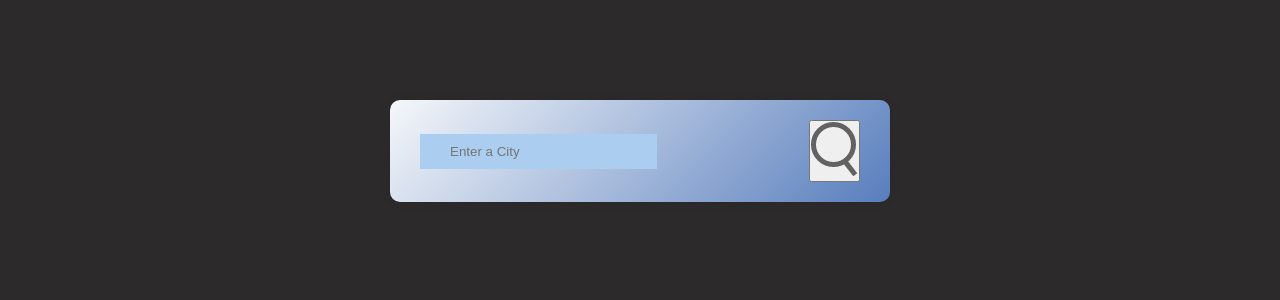
Repository: Haakim19/weatherApp
Page: index.html
These files come from the project's save history. The page is drawn as it stood at one moment and after the next save; the edit follows.
The browser window is 1280 px wide. The pictures show the whole page.

Above is the page before, as saved 2024-11-16 21:03:35.

After the next save:
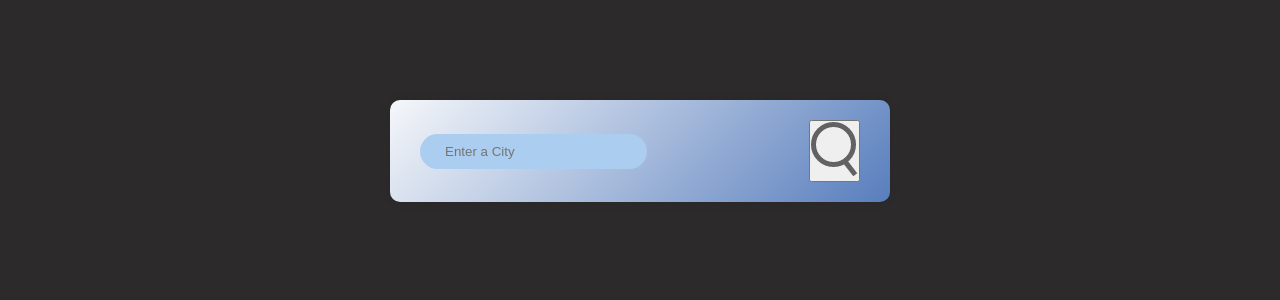
Saved 19 s later.
--- a/style.css
+++ b/style.css
@@ -29,5 +29,6 @@ body{
     border:0;
     outline:0;
     background: #abcdef;
-    padding: 10px 30px;
+    padding: 10px 25px;
+    border-radius: 20px;
 }
